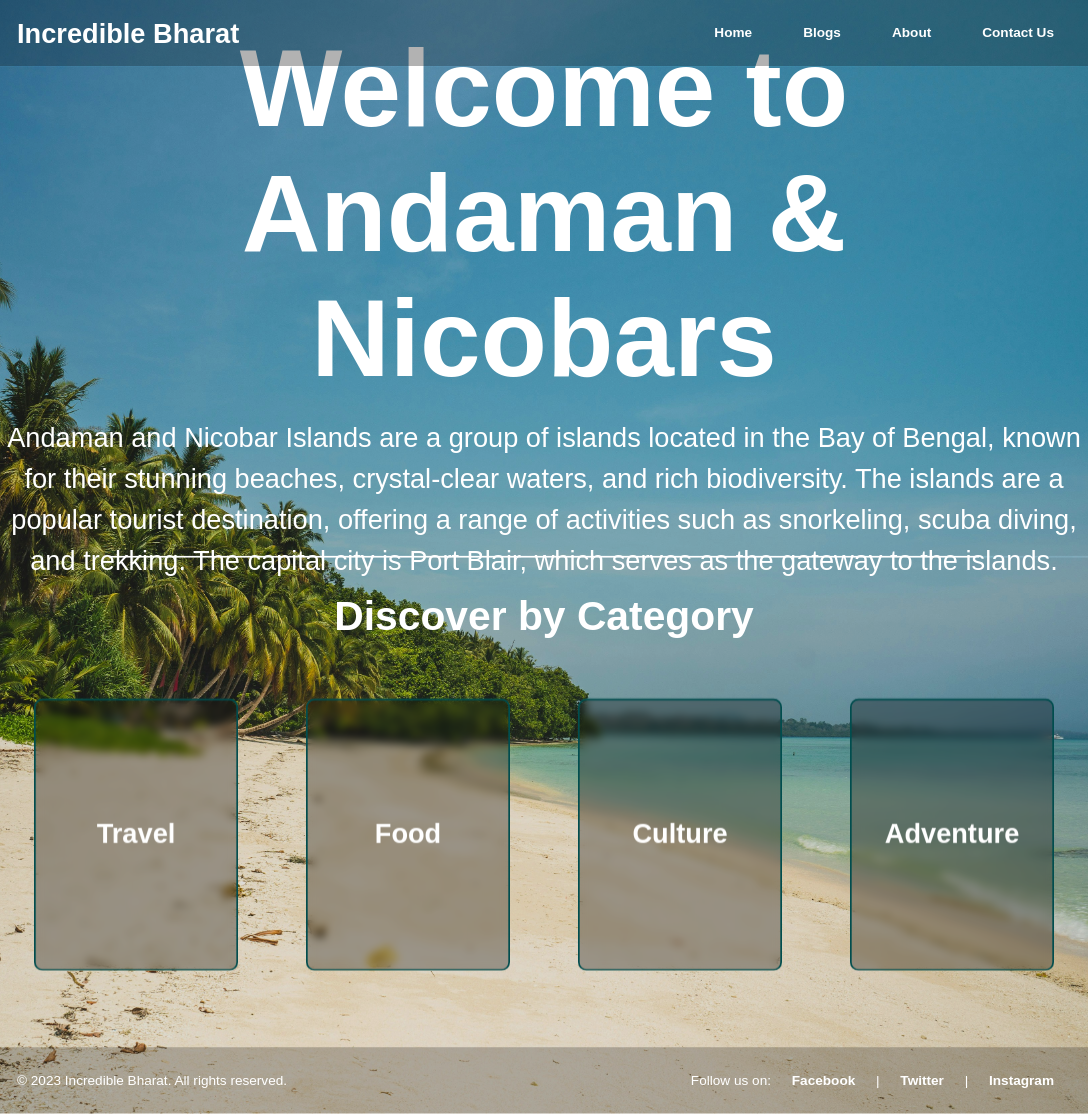
Repository: jaidhiman111/incrediblebharat
Page: destinations/Andaman-Nicobar/Andaman&Nicobar.html
The author's editor kept a copy of each file at every save. The page is drawn from the files as they stood at one save, then again after the next save.
The browser window is 1280 px wide. The pictures show the whole page, at 85% of full size.

Above is the page before, as saved 2025-05-01 20:29:38.

### destinations/Andaman-Nicobar/Andaman&Nicobar.html
<!DOCTYPE html>
<html lang="en">

<head>
    <meta charset="UTF-8">
    <link rel="stylesheet" href="/assets/style.css">
    <meta name="viewport" content="width=device-width, initial-scale=1.0">
    <title>Document</title>
</head>

<body class="andaman-nicobar">
    <!-- This is the header of the page. -->
    <header class="header">
        <div class="logo">
            <h1>Incredible Bharat</h1>
        </div>
        <div class="nav">
            <nav>
                <ul>
                    <li>
                        <a href="/index.html">Home</a>
                        <a href="#">Blogs</a>
                        <a href="#">About</a>
                        <a href="#">Contact Us</a>
                    </li>
                </ul>
            </nav>
        </div>
    </header>
    <!-- This is the main content of the page. -->
    <main class="main-container">
        <section class="hero-section">
            <h2>Welcome to Andaman & Nicobars</h2>
            <p>Andaman and Nicobar Islands are a group of islands located in the Bay of Bengal, known for their stunning
                beaches, crystal-clear waters, and rich biodiversity. The islands are a popular tourist destination,
                offering a range of activities such as snorkeling, scuba diving, and trekking. The capital city is Port
                Blair, which serves as the gateway to the islands.</p>
        </section>
        <hr>
        <section class="state-section">
            <h2>Discover by Category</h2>
            <div class="card-section">
                <div class="card" id="travel">Travel</div>
                <div class="card" id="food">Food</div>
                <div class="card" id="culture">Culture</div>
                <div class="card" id="adventure">Adventure</div>
            </div>
        </section>
    </main>
    <!-- This is the footer of the page. -->
    <footer class="footer">
        <div>
            <p>&copy; 2023 Incredible Bharat. All rights reserved.</p>
        </div>
        <div>
            <p>Follow us on:
                <a href="#">Facebook</a> |
                <a href="#">Twitter</a> |
                <a href="#">Instagram</a>
        </div>
    </footer>
</body>

</html>

### assets/style.css
* {
    box-sizing: border-box;
    margin: 0;
    padding: 0;
}

.home {
    font-family: Arial, sans-serif;
    background-image: url('/media/bg-cover.jpg');
    background-size: cover;
    background-repeat: no-repeat;
    background-position: center;
    color: #fff;
}

.andaman-nicobar {
    font-family: Arial, sans-serif;
    background-image: url('/media/andaman.jpg');
    background-size: cover;
    background-repeat: no-repeat;
    background-position: center;
    color: #fff;
}


/* This is for header */
.header {
    background-color: rgba(0, 0, 0, 0.3);
    display: flex;
    justify-content: space-between;
    align-items: center;
    padding: 20px;
    position: sticky;
    top: 0;
    text-align: center;
}

li {
    list-style: none;
    display: flex;
    gap: 20px;
}

li a {
    padding: 10px 20px;
    border-radius: 5px;
    text-decoration: none;
    color: #fff;
    font-weight: bold;
}

li a:hover {
    color: #fff;
    transform: scale(1.1);}

/* This is for section */
section{
    background-color: rgba(0, 0, 0, 0.1);
}

.hero-section {
    display: flex;
    flex-direction: column;    /* stack items vertically */
    justify-content: center;   /* center vertically */
    align-items: center;       /* center horizontally */
    height: 80vh;
    text-align: center;
}

.hero-section h2 {
    font-size: 8rem;
    margin-bottom: 20px;
}

.hero-section p{
    font-size: 2rem;
    margin-bottom: 20px;
    max-width: 100rem;         /* limit the width of the paragraph */
    line-height: 1.5;        /* improve readability */
}

.hero-section a {
    text-decoration: none;
    color: #fff;
    font-size: 1.5rem;
    margin-bottom: 20px;
}

.hero-section a:hover {
    color: #fff;
    text-decoration: underline;
    transform: scale(1.1);
    transition: transform 0.3s ease-in-out;
}

hr {
    width: 80%;
    margin:  auto;
    border: 1px solid #fff;
}

.state-section {
    display: flex;
    flex-direction: column;    /* stack items vertically */
    justify-content: center;
    align-items: center;
    height: 80vh;
    text-align: center;
}

.state-section h2 {
    font-size: 3rem;
    margin-bottom: 20px;
}

.state-button {
    padding: 30px;
    max-width: 100rem;
    margin: 0 auto;
  }

  .state-button button {
    background-color: rgba(0, 0, 0, 0.4);  /* Soft blue */
    backdrop-filter: blur(5px); /* Optional: adds a blur effect to the background */
    border: none;
    border-radius: 8px;
    margin: 10px ;
    padding: 12px 20px;
    cursor: pointer;
    transition: background-color 0.3s ease;
    font-size: 16px;
    font-weight: 500;
  }

  .state-button button a {
    color: #ffffff;
    text-decoration: none;
    display: block;
    width: 100%;
    height: 100%;
  }

  .state-button button:hover {
    background-color: rgba(0, 0, 0, 0.7); /* Darker blue on hover */
    transform: scale(1.1); /* Slightly enlarge the button on hover */
    transition: transform 0.3s ease-in-out;
  }

  .card-section {
    display: flex;
    flex-wrap: wrap; /* Makes it responsive */
    justify-content: center;
    gap: 5rem;
    /* background-color: rgba(0, 0, 0, 0.4); */
    padding: 30px 20px;
    margin: 20px auto;
    max-width: 100%;
    border-radius: 10px;
}

.card {
    background-color: rgba(0, 0, 0, 0.3);
    backdrop-filter: blur(5px); /* Optional: adds a blur effect to the background */
    color: #fff;
    border: 2px solid #014d4e;
    border-radius: 10px;
    width: 15rem;
    height: 20rem;
    display: flex;
    align-items: center;
    justify-content: center;
    font-size: 2rem;
    font-weight: bold;
    cursor: pointer;
    transition: transform 0.3s ease, background-color 0.3s ease;
}

.card:hover {
    background-color: rgba(0, 0, 0, 0.3);
    color: #ffffff;
    transform: scale(1.05);
}


  /* This is for footer */

.footer {
    background-color: rgba(0, 0, 0, 0.3);
    display: flex;
    justify-content: space-between;
    align-items: center;
    padding: 20px;
    position: relative;
    bottom: 0;
    text-align: center;
}

.footer li {
    list-style: none;
    display: flex;
    gap: 20px;
}

.footer a {
    display: inline-block;
    padding: 10px 20px;
    border-radius: 5px;
    text-decoration: none;
    color: #fff;
    font-weight: bold;
}
.footer a:hover {
    color: #fff;
    transform: scale(1.1);

}

/* This is for media queries */
/* --- Andaman & Nicobar Page Enhancements --- */

After the next save:
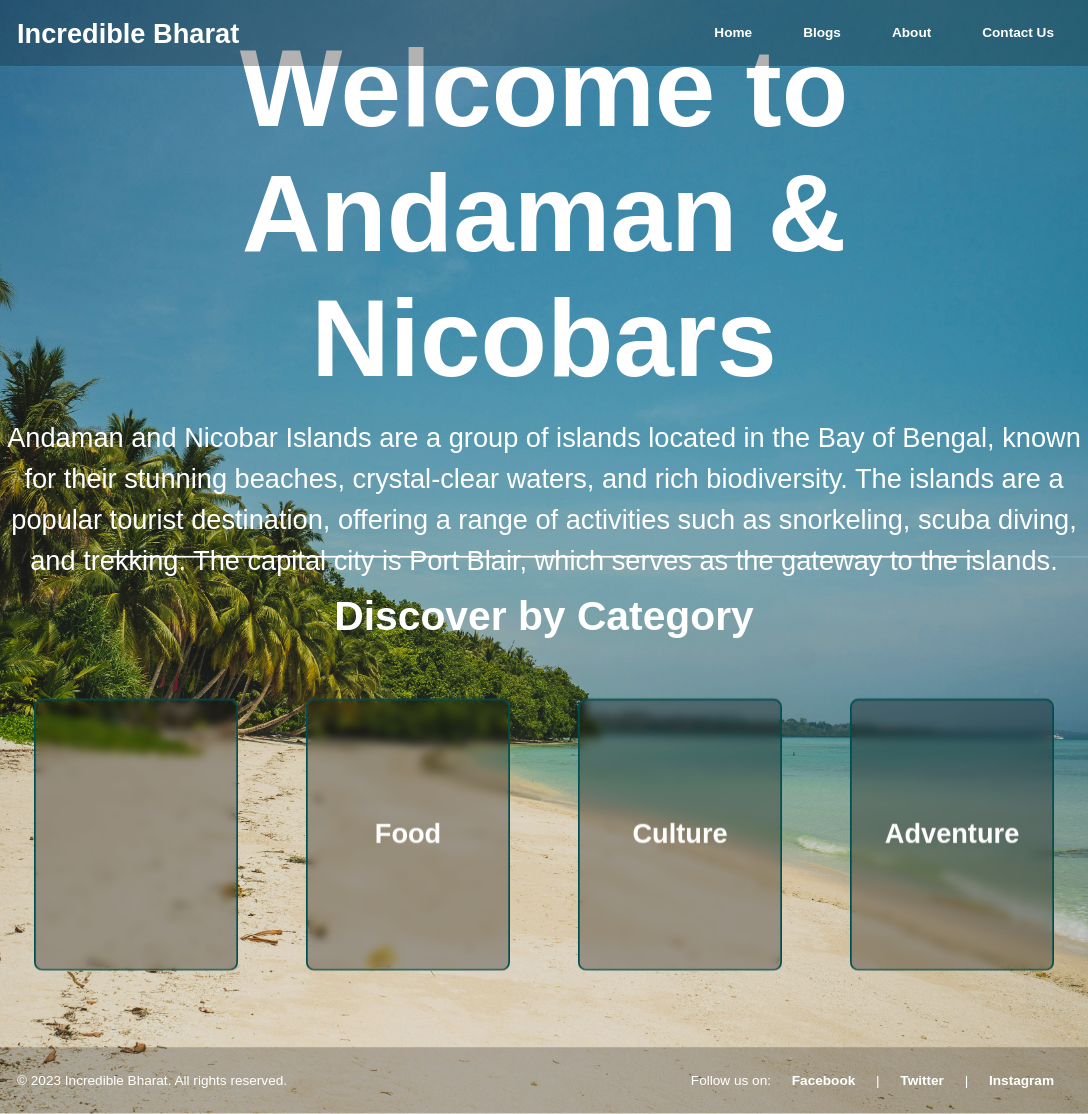
Saved 8 s later.
--- a/destinations/Andaman-Nicobar/Andaman&Nicobar.html
+++ b/destinations/Andaman-Nicobar/Andaman&Nicobar.html
@@ -40,7 +40,7 @@
         <section class="state-section">
             <h2>Discover by Category</h2>
             <div class="card-section">
-                <div class="card" id="travel">Travel</div>
+                <div class="card" id="travel"><a href="travel-andaman.html"></a></div>
                 <div class="card" id="food">Food</div>
                 <div class="card" id="culture">Culture</div>
                 <div class="card" id="adventure">Adventure</div>
